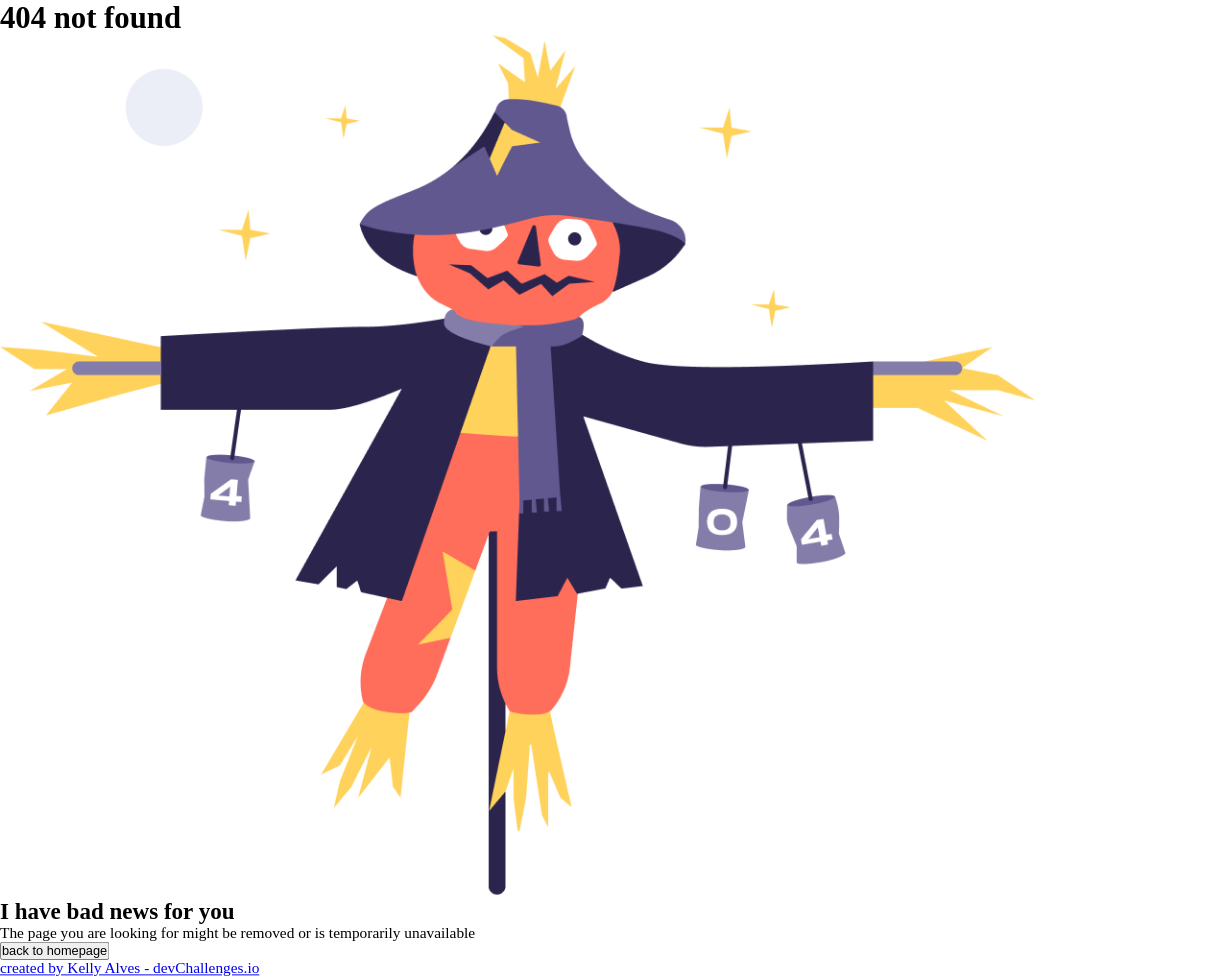
Repository: kellyalves87/404_not_found
Page: index.html
The author's editor kept a copy of each file at every save. The page is drawn from the files as they stood at one save, then again after the next save.
The browser window is 1280 px wide. The pictures show the whole page, at 96% of full size.

Above is the page before, as saved 2021-05-16 16:08:38.

### index.html
<!DOCTYPE html>
<html lang="en">

<head>
  <meta charset="utf-8" />
  <meta name="viewport" content="width=device-width, initial-scale=1,
  maximum-scale=5" />
  <link rel="icon" href="./assets/devchallenges.png" />
  <link rel="shortcut icon" type="image/x-icon" href="https://devchallenges.io/" />
  <link rel="preconnect" href="https://fonts.gstatic.com">
<link href="https://fonts.googleapis.com/css2?family=Inconsolata:wght@700&family=Montserrat:wght@500&family=Space+Mono:ital,wght@0,400;1,700&display=swap" rel="stylesheet">
  <link rel="stylesheet" href="./style/index.css">
  <link rel="stylesheet" href="./style/reset.css">
  <title>Devchallenges</title>
</head>

<header class="header">
  <h1>404 not found</h1>
</header>

<body>
  <section class="content">
    <img src="./assets/Scarecrow.png" alt="straw man">
    <h1>I have bad news for you</h1>
    <p>The page you are looking for might be removed or is temporarily unavailable</p>
  </section>
  <div class="button">
    <button type="button">back to homepage</button>
  </div>
    <footer class="footer">
      <a href="https://github.com/kellyalves87">created by Kelly Alves - <a href="https://devchallenges.io/">devChallenges.io</a>
    </footer>
</body>

</html>

### style/index.css
/* Mobile first */
@media only screen and (max-width: 414px) {
  body {
    display: flex;
    flex-direction: column;
  }

  .header h1 {
    font-family: inconsolata, sans-serif;
    font-size: 1rem;
    text-transform: uppercase;
  }

  .content img {
    padding-top: 10px;
    display: flex;
    margin: auto;
    width: 200px;
  }

  .header,
  .content,
  .button,
  .footer {
    margin: 1rem;
  }

  .content h1,
  p,
  button {
    font-family: Space Mono, sans-serif;
  }

  .content h1,
  button {
    font-weight: 700;
  }

  .content h1 {
    font-size: 2.75rem;
    padding-top: 10px;
    padding-bottom: 10px;
  }

  .content p {
    font-size: 1.1rem;
    font-weight: 400;
    padding-top: 10px;
  }

  button {
    color: #ffffff;
    cursor: pointer;
    background-color: #333333;
    font-size: 14px;
    position: fixed;
    padding: 10px 20px;
    text-transform: uppercase;
  }

  .footer {
    font-size: 0.85rem;
    padding-top: 40px;
  }
  .footer a {
    color: #bdbdbd;
    font-family: Montserrat, sans-serif;
    text-decoration: none;
  }
}

/*Desktop*/

Loaded but not shown: style/reset.css (common file)

After the next save:
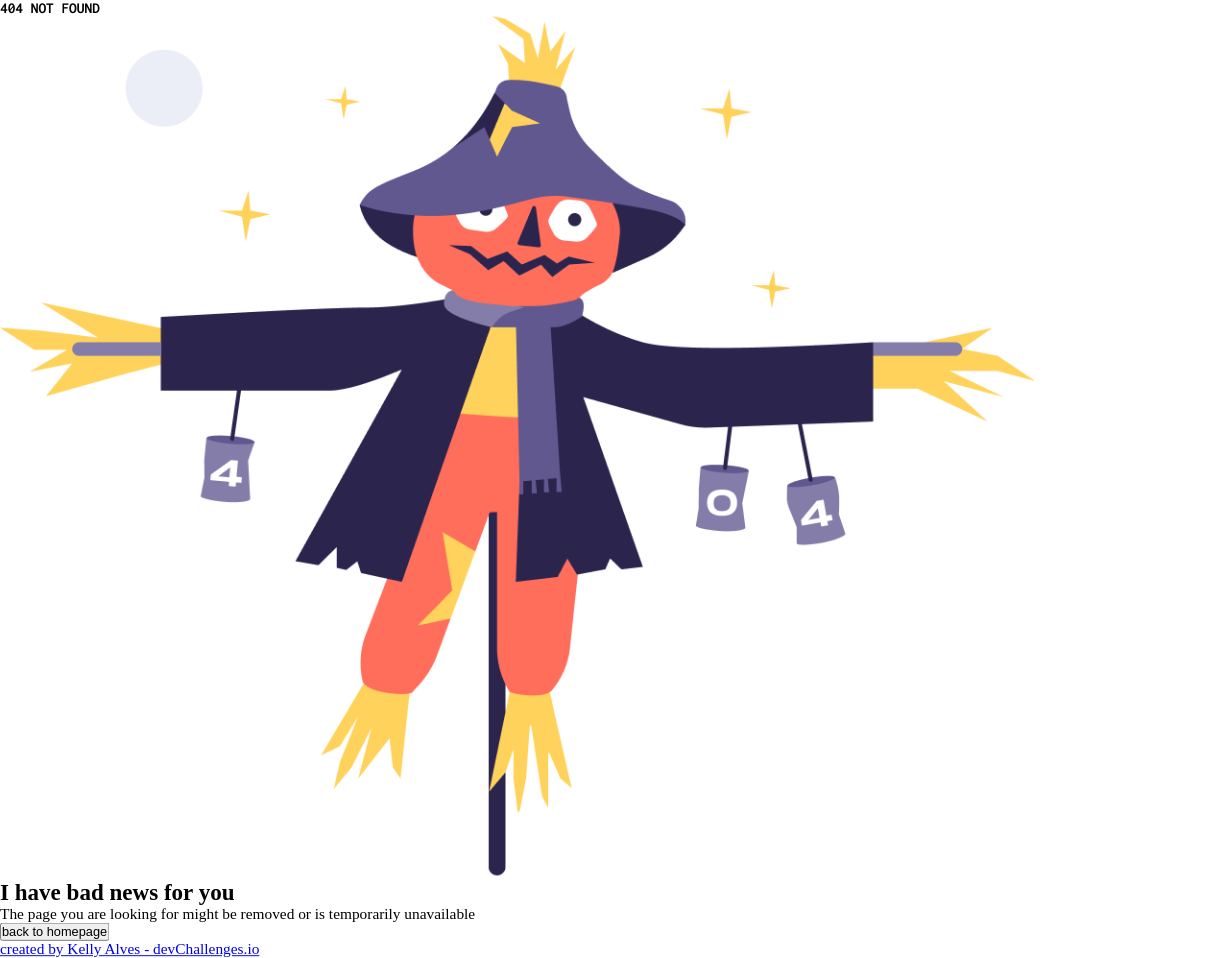
Saved 42 s later.
--- a/style/index.css
+++ b/style/index.css
@@ -70,3 +70,9 @@
 }
 
 /*Desktop*/
+
+.header h1 {
+    font-family: Inconsolata, sans-serif;
+    font-size: 1rem;
+    text-transform: uppercase;
+  }
